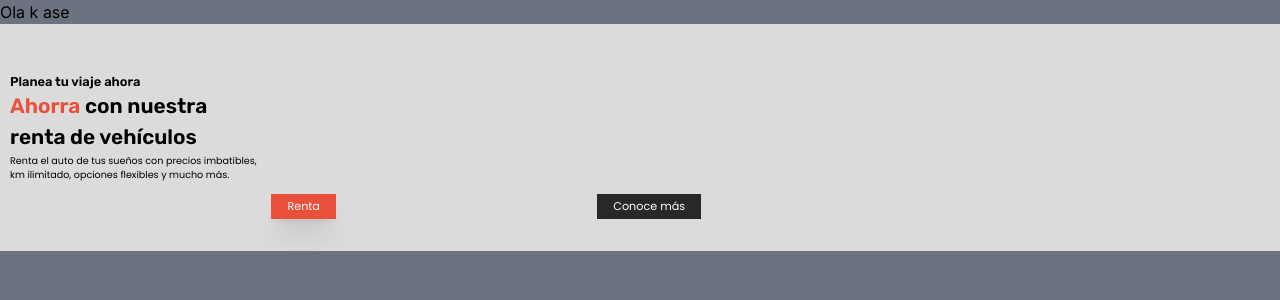
Repository: aldovelacasas/PF_RentCar2
Page: /homePage
An editor plug-in stored every save of this project. The page is shown before and after the next save, followed by the edit.
The browser window is 1280 px wide. The pictures show the whole page.
The project was rebuilt for these pictures with package versions that can differ from the ones it lists, and the page was loaded fresh each time. The framework's server and built-in components were replaced by stand-ins that run in the browser. Also part of the build but not shown: next.config.js.

Above is the page before, as saved 2023-08-29 19:20:02.

### src/app/layout.jsx
import "./globals.css";
import { Inter } from "next/font/google";

const inter = Inter({ subsets: ["latin"] });

export const metadata = {
  title: "Create Next App",
  description: "Generated by create next app",
};

export default function RootLayout({ children }) {
  return (
    <html lang="en">
      <body className={inter.className}>
        <h1>Ola k ase</h1>
        <div className="h-[calc(100vh-5rem)]">{children}</div>
      </body>
    </html>
  );
}

### src/app/homePage/page.jsx
import { Rubik, Poppins } from "next/font/google";

const fontRubik = Rubik({
  weight: "600",
  subsets: ["latin"],
});

const fontPoppins = Poppins({
  weight: "400",
  subsets: ["latin"],
});
const poppins = fontPoppins.className;
const rubik = fontRubik.className;

function HomePage() {
  return (
    <div className={`bg-gris_fondo ${rubik} space-y-0 space-x-2.5`}>
      <p className={`pt-12 ml-2.5 text-[0.8em]`}>Planea tu viaje ahora</p>
      <p className="text-[1.3em] mb-0 pb-0">
        <span className="text-naranja_enf mb-0 pb-0">Ahorra </span>
        con nuestra
      </p>
      <p className="text-[1.3em] mt-0 pt-0">renta de vehículos</p>
      <div>
        <p className={`${poppins} text-[0.6em]`}>
          Renta el auto de tus sueños con precios imbatibles,
        </p>
        <p className={`${poppins} text-[0.6em]`}>
          km ilimitado, opciones flexibles y mucho más.
        </p>
        <div className="flex place-content-evenly w-3/4 mt-3 pb-8">
          <a
            href="#form"
            className={`bg-naranja_enf text-white text-[0.7em] px-4 py-1 ${poppins} shadow-xl`}>
            Renta
          </a>
          <a
            href="#form"
            className={`bg-negro_fondo text-white text-[0.7em] px-4 py-1 ${poppins}`}>
            Conoce más
          </a>
        </div>
      </div>
    </div>
  );
}

export default HomePage;

### src/app/globals.css
@tailwind base;
@tailwind components;
@tailwind utilities;

body {
   @apply bg-gray-500; /* Fondo más claro */
   color: gray-800; /* Texto oscuro */
}

### tailwind.config.js
/** @type {import('tailwindcss').Config} */
module.exports = {
  content: [
    "./src/pages/**/*.{js,ts,jsx,tsx,mdx}",
    "./src/components/**/*.{js,ts,jsx,tsx,mdx}",
    "./src/app/**/*.{js,ts,jsx,tsx,mdx}",
  ],
  theme: {
    extend: {
      backgroundImage: {
        "gradient-radial": "radial-gradient(var(--tw-gradient-stops))",
        "gradient-conic":
          "conic-gradient(from 180deg at 50% 50%, var(--tw-gradient-stops))",
      },
      colors: {
        gris_fondo: "#dbdbdb",
        gris_frente: "#e9e9e9",
        negro_fondo: "#282828",
        naranja_enf: "#ea4f39",
        rojo_status: "#e30613",
        verde_status: "#4aaf4d",
        amarillo_status: "#f0e400",
      },
    },
  },
  plugins: [],
};

After the next save:
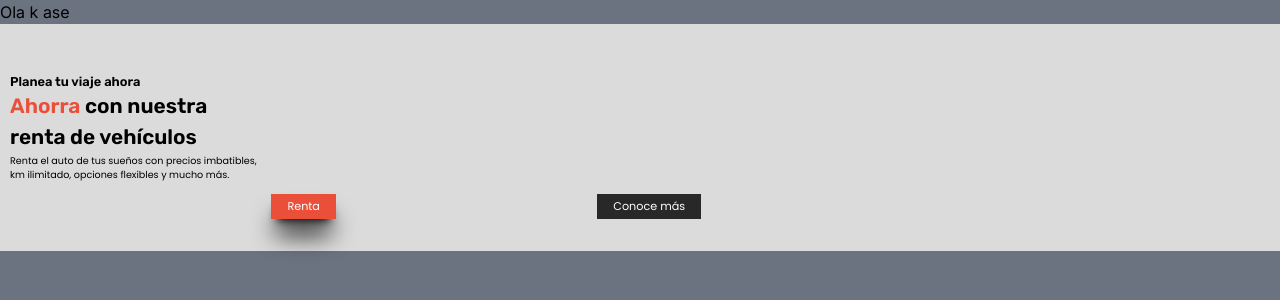
Saved 64 s later.
--- a/src/app/homePage/page.jsx
+++ b/src/app/homePage/page.jsx
@@ -31,7 +31,7 @@ function HomePage() {
         <div className="flex place-content-evenly w-3/4 mt-3 pb-8">
           <a
             href="#form"
-            className={`bg-naranja_enf text-white text-[0.7em] px-4 py-1 ${poppins} shadow-xl`}>
+            className={`bg-naranja_enf text-white text-[0.7em] px-4 py-1 ${poppins} shadow-xl shadow-black`}>
             Renta
           </a>
           <a
